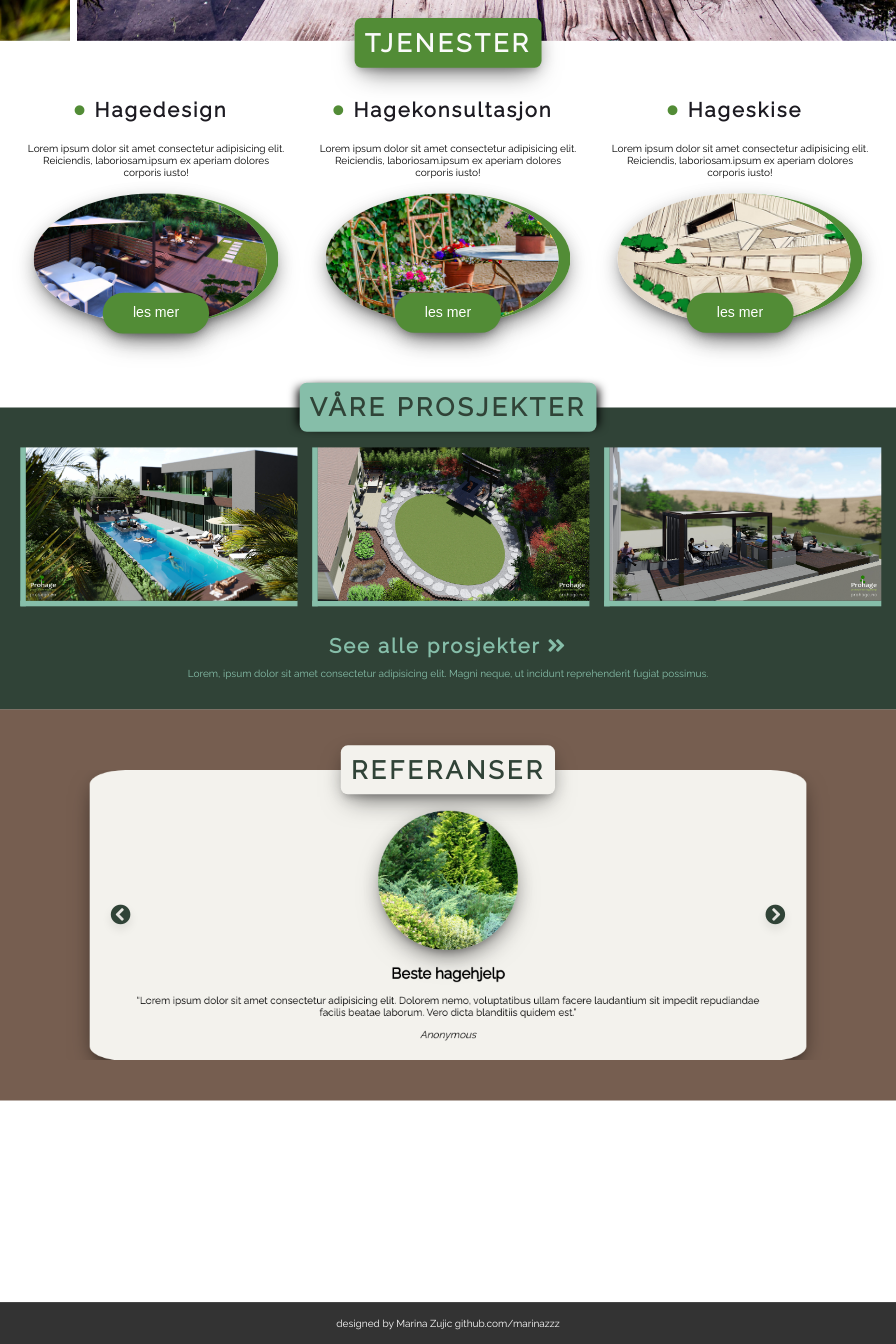
Repository: marinazzz/garden-design-website
Page: Garden design website/index.html
These files come from the project's save history. The page is drawn as it stood at one moment and after the next save; the edit follows.
The browser window is 1280 px wide. The pictures show the part of the page from y = 943 to 2863 px (the page is 2863 px tall before and 2794 px after), at 70% of full size.

Above is the page before, as saved 2020-04-03 18:16:54.

After the next save:
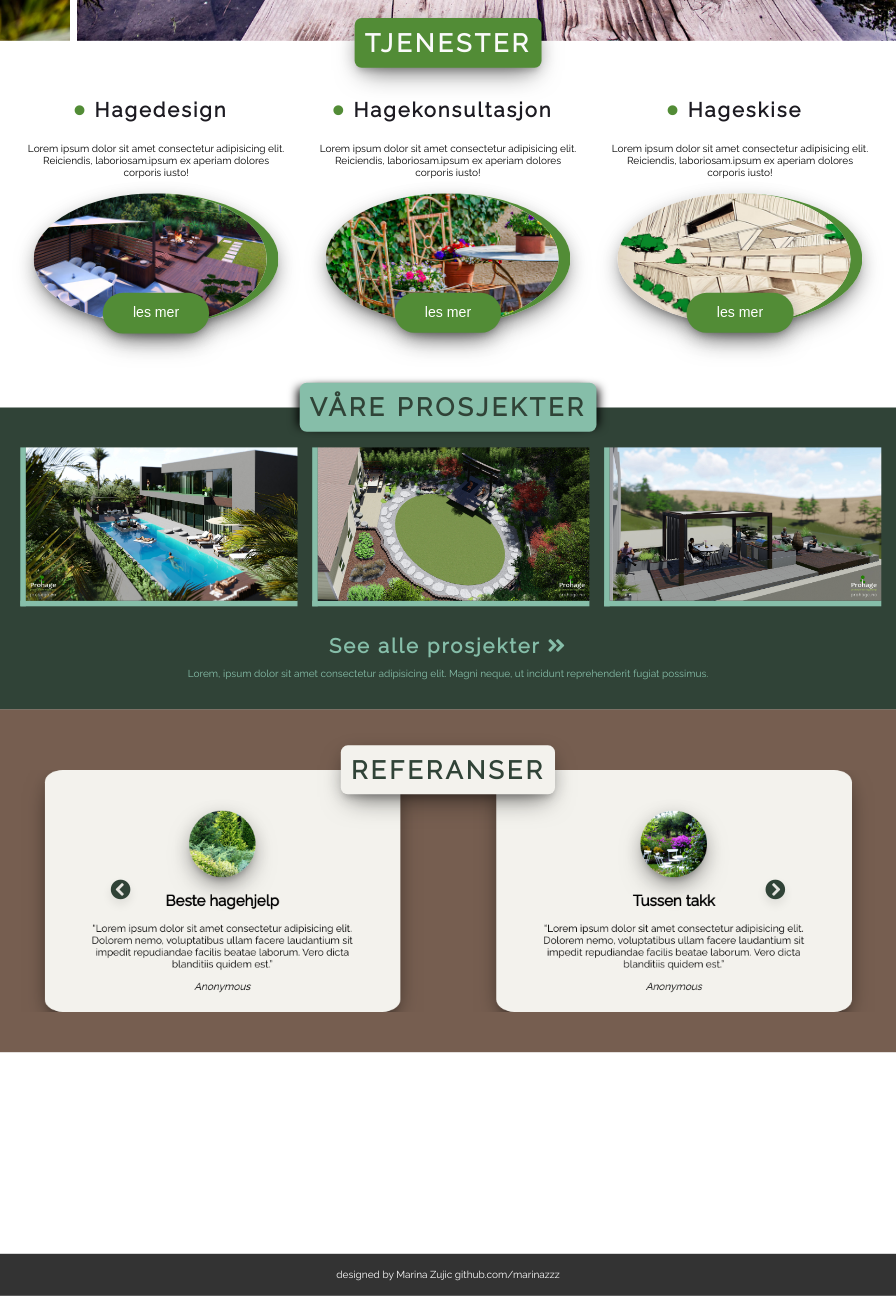
Saved 2 min 42 s later.
--- a/Garden design website/JS/js-app.js
+++ b/Garden design website/JS/js-app.js
@@ -22,7 +22,8 @@
 let carousels = document.querySelectorAll("#reviews > div");
 Object.values(carousels).map(carousel => {
       let slider = new Glide(carousel, {
-        type: "carousel",
+        type: 'carousel',
+        perView: 2
       });
       slider.mount();
 });

After the save that followed:
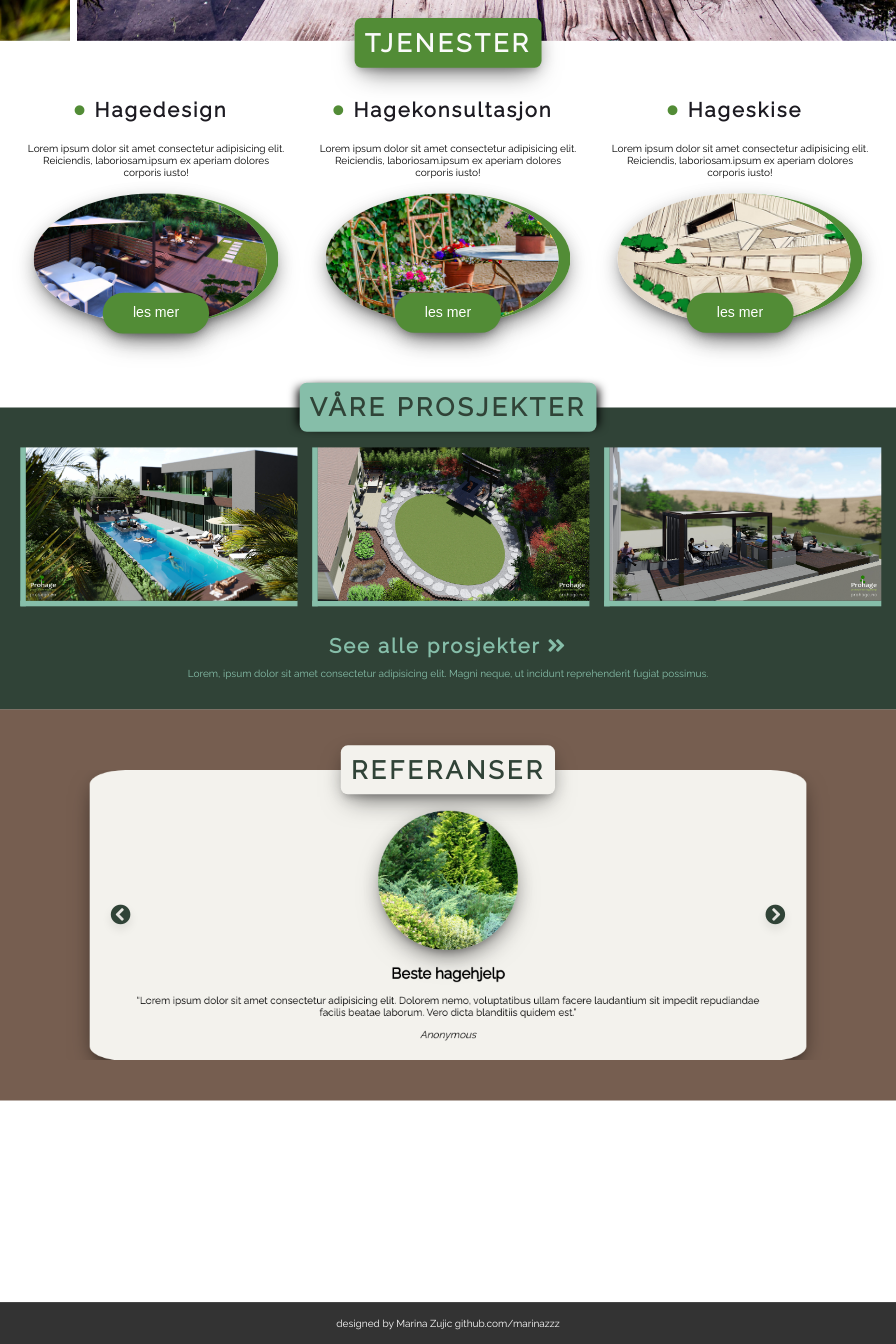
Saved 32 s later.
--- a/Garden design website/JS/js-app.js
+++ b/Garden design website/JS/js-app.js
@@ -22,8 +22,7 @@
 let carousels = document.querySelectorAll("#reviews > div");
 Object.values(carousels).map(carousel => {
       let slider = new Glide(carousel, {
-        type: 'carousel',
-        perView: 2
+        type: 'carousel'
       });
       slider.mount();
 });
